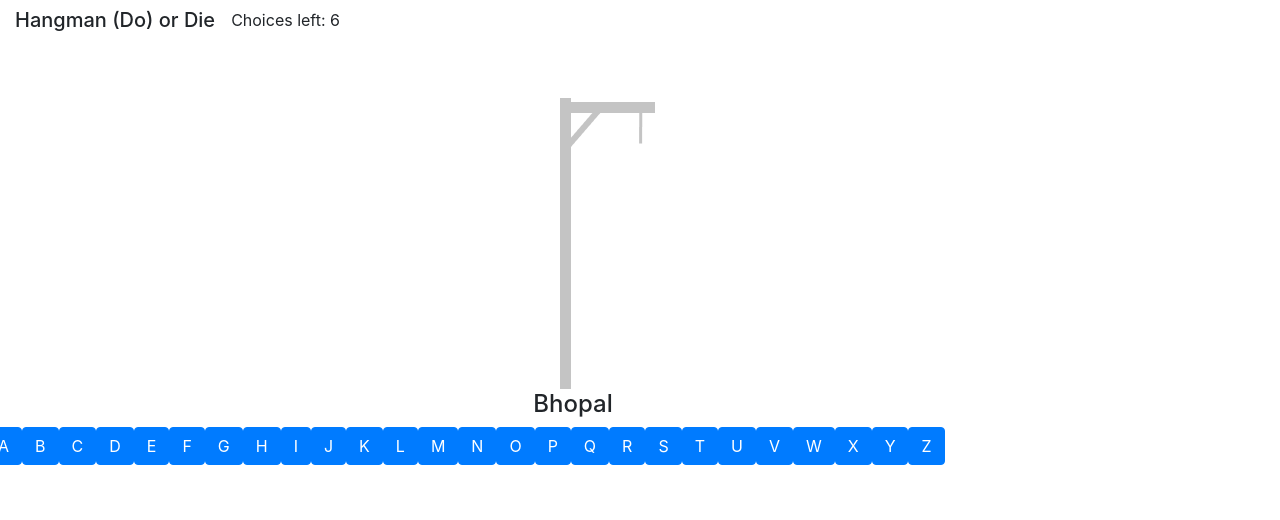
Repository: jatinhchanchlani/hangman
Page: /
These files come from the project's save history. The page is drawn as it stood at one moment and after the next save; the edit follows.
The browser window is 1280 px wide. The pictures show the whole page.
The project was rebuilt for these pictures with package versions that can differ from the ones it lists, and the page was loaded fresh each time. Also part of the build but not shown: src/App.css.

Above is the page before, as saved 2020-10-24 16:22:25.

After the next save:
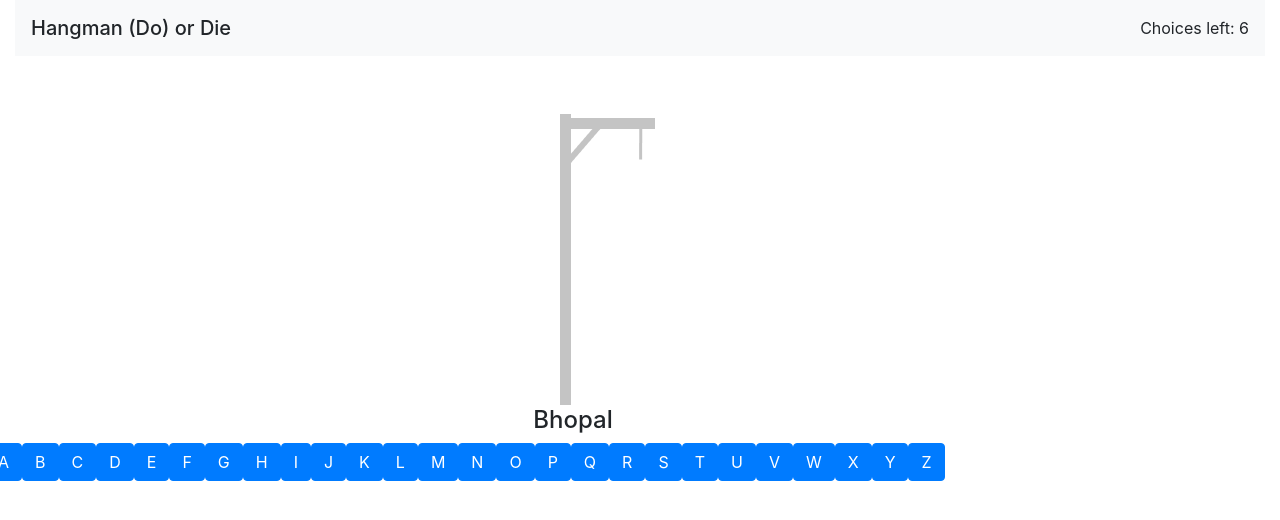
Saved 3 min 51 s later.
--- a/src/components/header.jsx
+++ b/src/components/header.jsx
@@ -3,7 +3,7 @@
 class Header extends Component {
   render() {
     return (
-      <nav className="blog-nav d-flex flex-column flex-sm-row">
+      <nav className="navbar bg-light d-flex flex-column flex-sm-row">
         <span className="navbar-brand mb-0 h1">Hangman (Do) or Die</span>
 
         <span className="navbar-text blog-nav-item align-self-end">
